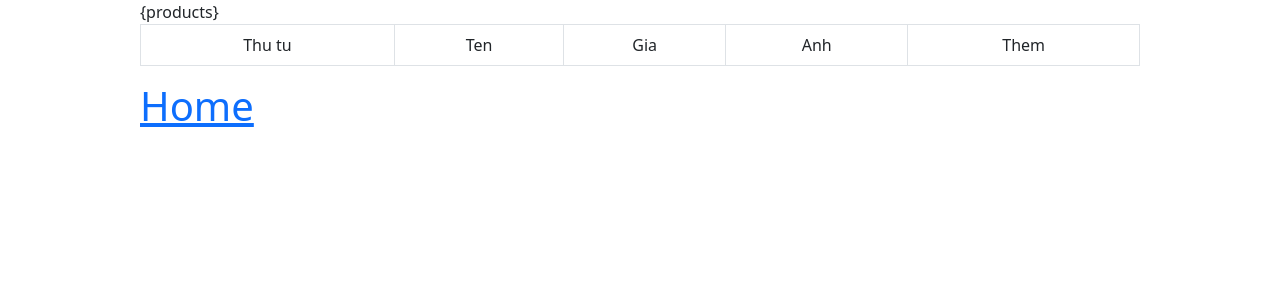
Repository: nguyenhung50497/MD3_demoDatabase1
Page: src/views/search.html
These files come from the project's save history. The page is drawn as it stood at one moment and after a run of saves; the edit follows.
The browser window is 1280 px wide. The pictures show the whole page.

Above is the page before, as saved 2022-12-28 11:44:17.

After the next 2 saves:
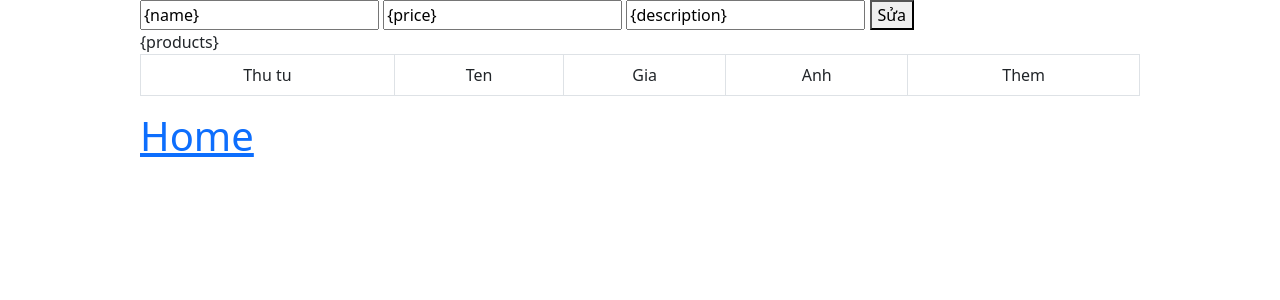
The 2 saves are shown as one change because they came seconds apart.
The last was saved 46 s later.
--- a/src/views/search.html
+++ b/src/views/search.html
@@ -8,6 +8,12 @@
   </head>
   <body>
     <div class="container" style="width: 80%;">
+        <form action="" method="post">
+            <input type="text" name="name" value="{name}">
+            <input type="text" name="price" value="{price}">
+            <input type="text" name="description" value="{description}">
+            <button type="submit">Sửa</button>
+        </form>
       <table class="table table-bordered" style="text-align: center;">
         <tr>
             <td>Thu tu</td>
